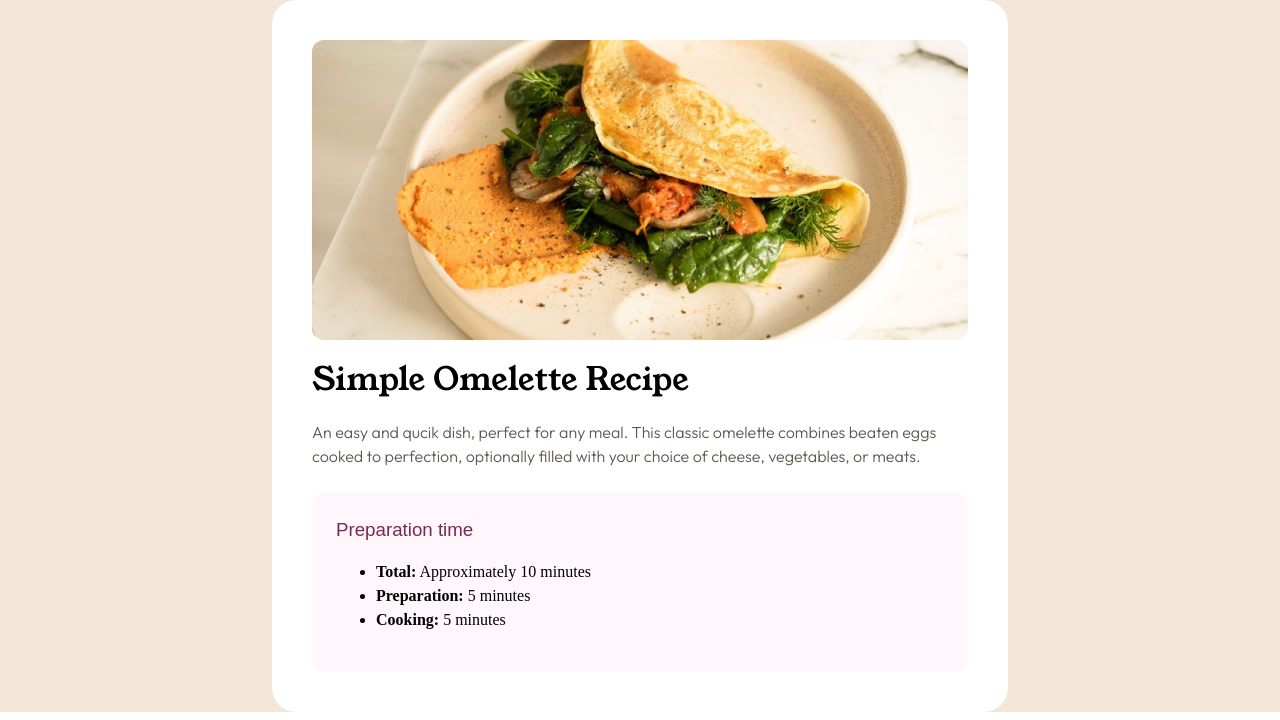
Repository: brandontaylor1/recipe-page
Page: index.html
These files come from the project's save history. The page is drawn as it stood at one moment and after a run of saves; the edit follows.
The browser window is 1280 px wide. The pictures show the whole page.

Above is the page before, as saved 2024-12-28 22:09:52.

### index.html
<!DOCTYPE html>
<html lang="en">
<head>
    <meta charset="UTF-8">
    <meta name="viewport" content="width=device-width, initial-scale=1.0">
    <link rel="preconnect" href="https://fonts.googleapis.com">
    <link rel="preconnect" href="https://fonts.gstatic.com" crossorigin>
    <link href="https://fonts.googleapis.com/css2?family=Outfit:wght@100..900&family=Young+Serif&display=swap" rel="stylesheet">
    <link rel="stylesheet" href="styles.css">
    <title>Recipe Page</title>
</head>
<body>
    <main class="container">
        <div class="recipe-card">
            <div class="recipe-title-content">
                <img src="./assets/images/image-omelette.jpeg" alt="recipe-image">
                <h1>Simple Omelette Recipe</h1>
                <p>An easy and qucik dish, perfect for any meal. This classic omelette combines beaten eggs cooked to perfection, optionally filled with your choice of cheese, vegetables, or meats. </p>
            </div>
            <div class="preparation-container">
                <h3>Preparation time</h3>
                <ul class="preparation-time">
                    <li><strong>Total:</strong> Approximately 10 minutes</li>
                    <li><strong>Preparation:</strong> 5 minutes</li>
                    <li><strong>Cooking:</strong> 5 minutes</li>
                </ul>
            </div>
            <div class="ingredients-container">

            </div>
            <div class="instructions-container">

            </div>
            <div class="nutrition-container">

            </div>
        </div>


    </main>



    <script src="index.js"></script>
</body>
</html>

### styles.css
*,
*::before,
*::after {
    box-sizing: border-box;
}

body,
h1,
h2,
h3,
h4,
h5,
h6,
p,
figure,
picture {
    margin: 0;
}

body {
    line-height: 1.5;
    min-height: 100vh;
}

img,
picture {
    max-width: 100%;
    display: block;
}

input,
button,
textarea,
select {
    font: inherit;
}

@media (prefers-reduced-motion: reduce) {
    *,
    *::before,
    *::after {
      animation-duration: 0.01ms !important;
      animation-iteration-count: 1 !important;
      transition-duration: 0.01ms !important;
      scroll-behavior: auto !important;
    }
  }

  /* UTILITY CLASSES */
  /* .flex{
    display: flex;
    gap: var(--gap, 1rem);
  }

  .grid {
    display: grid;
    gap: var(--gap, 1rem);
  }

  .container {
    padding: 0 2rem;
    margin: 0 auto;
    max-width: 80rem;
  }

  .sr-only {
    position: absolute;
    width: 1px;
    height: 1px;
    padding: 0;
    margin: -1px;
    overflow: hidden;
    clip: rect(0, 0, 0, 0);
    white-space: nowrap;
    border-width: 0;
  }

  .backgroundColor {
    background-color: var(--color-rose-50);
  } */




:root {
    /* COLORS */
    --color-rose-800: #7A284E;
    --color-rose-50: #FFF7FB;

    --color-stone-900: #312E2C;
    --color-stone-600: #5F564D;
    --color-stone-150: #E3DDD7;
    --color-stone-100: #F3E5D7;

    --color-brown-800: #854632;

    --color-white: #FFFFFF;
    --color-black: #000000;

    /* FONTS */
    /* @font-face {
        font-family: "YoungSerif-Regular", sans-serif;
        src: url(./fonts/YoungSerif-Regular.ttf) format('ttf');
    }

    @font-face {
        font-family: "Outfit-SemiBold", sans-serif;
        src: url(./fonts/Outfit-SemiBold.ttf) format('ttf');
    }

    @font-face {
        font-family: "Outfit-Bold", sans-serif;
        src: url(./fonts/Outfit-Bold.ttf) format('ttf');
    }

    @font-face {
        font-family: "Outfit-Regular", sans-serif;
        src: url(./fonts/Outfit-Regular.ttf) format('ttf');
    } */

    /* FONT SIZES */
    /* --fs-h1: 9.375rem;
    --fs-h2: 1.75rem;
    --fs-h3: 1.25rem;
    --fs-p: 1rem; */

}

.container {
    display: flex;
    flex-direction: column;
    align-items: center;
    justify-content: center;
    padding: 0 2rem;
    margin: 0 auto;
    max-width: 80rem;
    background-color: var(--color-stone-100);

}

.recipe-card {
    display: flex;
    flex-direction: column;
    align-items: flex-start;
    justify-content: space-between;
    width: 736px;
    padding: 40px;
    background-color: var(--color-white);
    border-radius: 24px;

}

.recipe-card img {
    width: 100%;
    border-radius: 12px;
}

.recipe-card h1 {
    padding: 1rem 0;
    font-family: "Young Serif", sans-serif;
    font-weight: 200;
}

.recipe-title-content p {
    color: var(--color-stone-600);
    font-family: "Outfit", sans-serif;
    font-size: 16px;
    font-weight: 300;
    line-height: 24px;
}

.preparation-container {
    display: flex;
    flex-direction: column;
    align-items: flex-start;
    width: 100%;
    margin-top: 24px;
    padding: 24px;
    border-radius: 12px;;
    background-color: var(--color-rose-50);
}

.preparation-container h3 {
    font-family: "Outfit-Bold", sans-serif;
    font-weight: 500;
    color: var(--color-rose-800);
}

.preparation-container p {
    font-family: "Outfit", sans-serif;
}

.preparation-time li {

}

Loaded but not shown: index.js (common file)

After the next 2 saves:
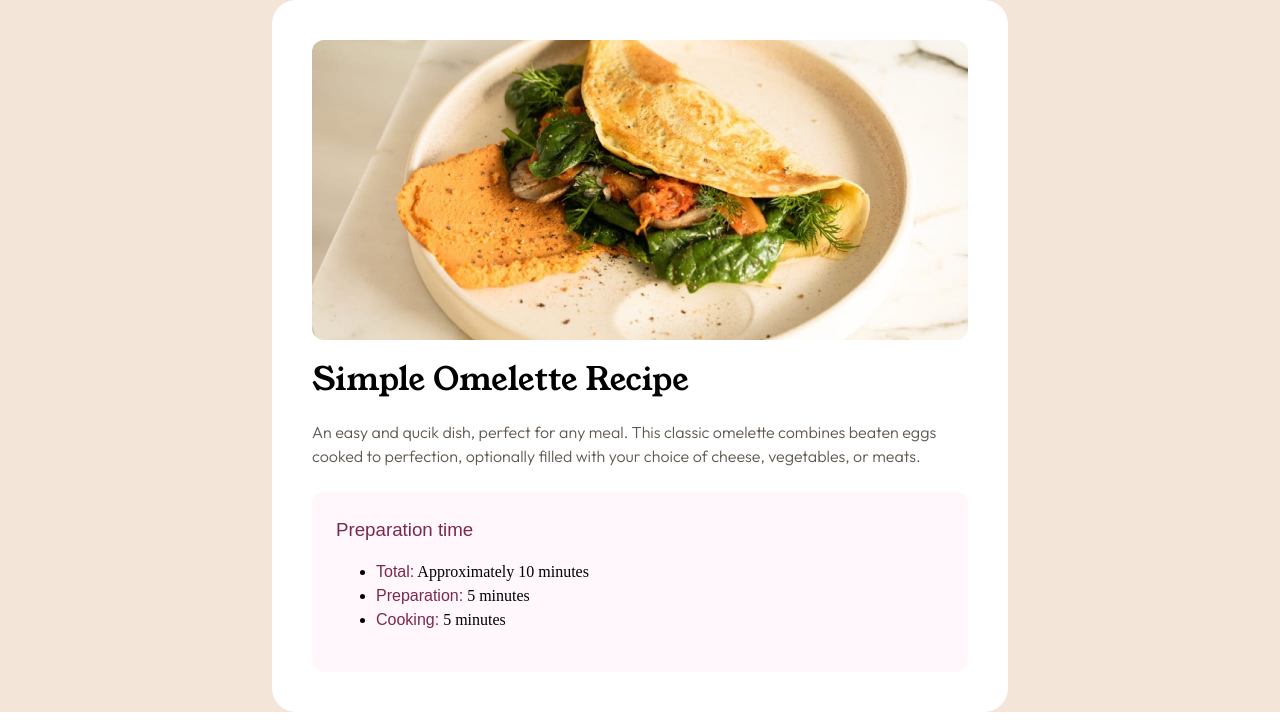
The 2 saves are shown as one change because they came seconds apart.
The last was saved 43 s later.
--- a/styles.css
+++ b/styles.css
@@ -190,6 +190,8 @@
     font-family: "Outfit", sans-serif;
 }
 
-.preparation-time li {
-
+.preparation-time li strong {
+    font-family: "Outfit-Bold", sans-serif;
+    font-weight: 500;
+    color: var(--color-rose-800);
 }
